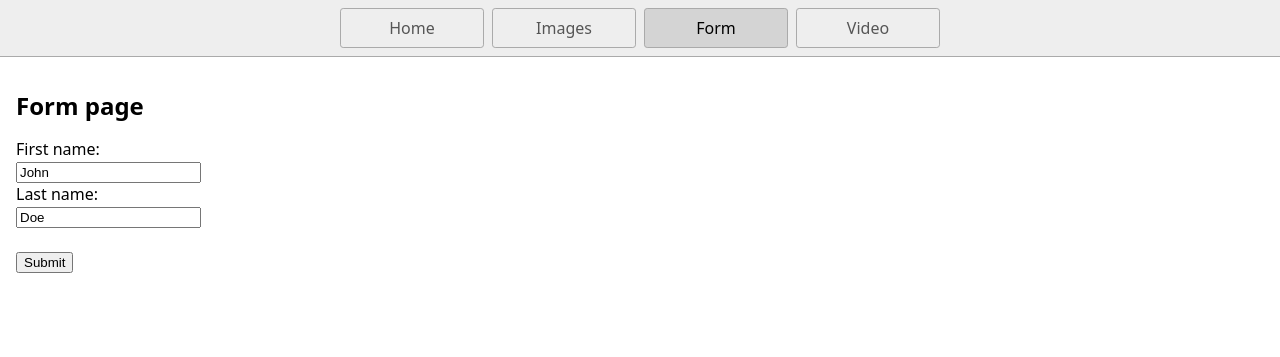
Repository: sebas6292/palmTree-Final
Page: Form.html
An editor plug-in stored every save of this project. The page is shown before and after the next save, followed by the edit.
The browser window is 1280 px wide. The pictures show the whole page.

Above is the page before, as saved 2023-05-27 10:57:11.
Not found: script.js

### Form.html
<!DOCTYPE html>
<html lang="en">
  <head>
    <title>Home</title>
    <meta charset="UTF-8" />
    <meta name="viewport" content="width=device-width" />
    <!--
      Need a visual blank slate?
      Remove all code in `styles.css`!
    -->
    <link rel="stylesheet" href="styles.css" />
    <script type="module" src="script.js"></script>
  </head>
  <body>
    <nav>
      <a href="/Home.html">Home</a>
      <a href="/Images.html">Images</a>
      <a href="/Form.html" aria-current="page">Form</a>
      <a href="/Video.html">Video</a>
    </nav>
    <main>
      <h1>Form page</h1>
      <form action="/action_page.php">
        <label for="fname">First name:</label><br>
        <input type="text" id="fname" name="fname" value="John"><br>
        <label for="lname">Last name:</label><br>
        <input type="text" id="lname" name="lname" value="Doe"><br><br>
        <input type="submit" value="Submit">
      </form>
    </main>
  </body>
</html>

### styles.css
* {
    box-sizing: border-box;
  }

  body {
    margin: 0;
    font-family: system-ui, sans-serif;
    color: black;
    background-color: white;
  }

  nav {
    display: flex;
    flex-wrap: wrap;
    align-items: center;
    justify-content: center;
    padding: 0.5rem;
    gap: 0.5rem;
    border-bottom: solid 1px #aaa;
    background-color: #eee;
  }

  nav a {
    display: inline-block;
    min-width: 9rem;
    padding: 0.5rem;
    border-radius: 0.2rem;
    border: solid 1px #aaa;
    text-align: center;
    text-decoration: none;
    color: #555;
  }

  nav a[aria-current='page'] {
    color: #000;
    background-color: #d4d4d4;
  }

  main {
    padding: 1rem;
  }

  h1 {
    font-weight: bold;
    font-size: 1.5rem;
  }

After the next save:
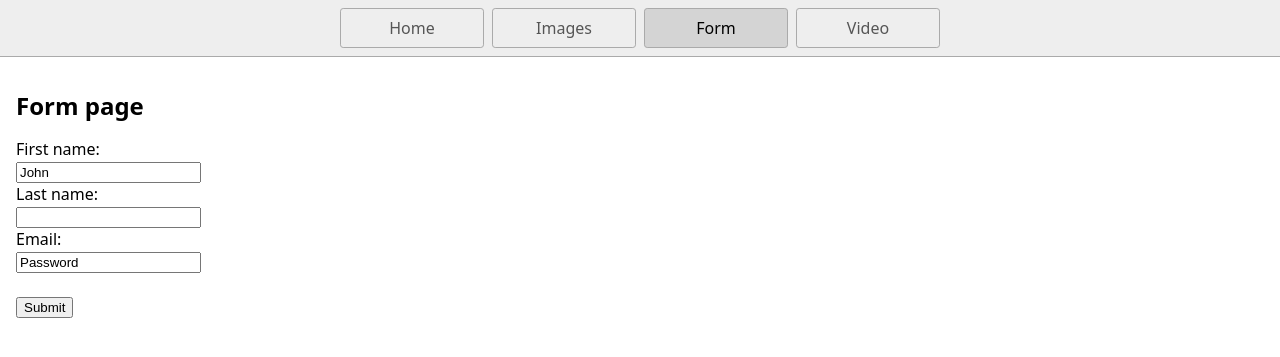
Saved 3 min 23 s later.
--- a/Form.html
+++ b/Form.html
@@ -24,7 +24,10 @@
         <label for="fname">First name:</label><br>
         <input type="text" id="fname" name="fname" value="John"><br>
         <label for="lname">Last name:</label><br>
-        <input type="text" id="lname" name="lname" value="Doe"><br><br>
+        <input type="text" id="lname" name="lname" value=""><br>
+        <label for="email">Email:</label><br>
+        <input type="text" id="email" name="email" value="Password"><br>
+        <br>
         <input type="submit" value="Submit">
       </form>
     </main>
